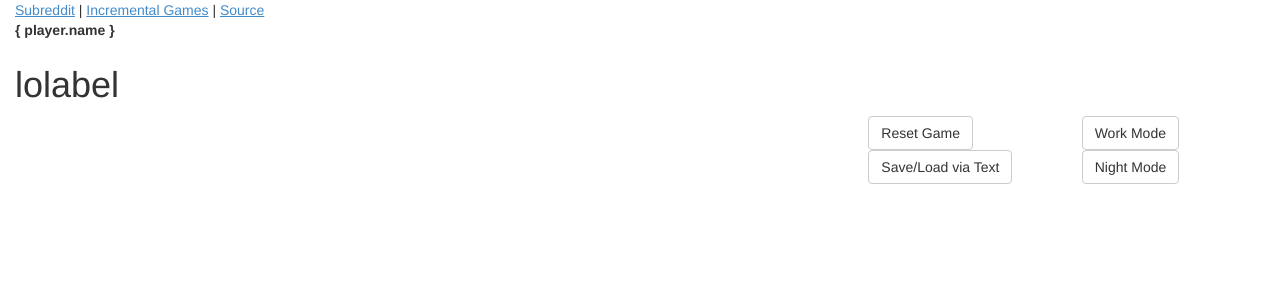
Repository: Polatrite/league-of-clickers
Page: test.html
The author's editor kept a record of every edit. The page is drawn from the files as they stood at one moment, then again after the next edit.
The browser window is 1280 px wide. The pictures show the whole page.

Above is the page before.
Console error: SyntaxError: Unexpected identifier 'draftChampions'
Not found: styles.css

### test.html
<html>
<head>
	<meta name="viewport" content="width=device-width, initial-scale=1">
	<title>League of Clickers</title>
	<link rel="shortcut icon" type="image/x-icon" href="favicon.ico"/>


	<script src="quick-function.js" text="type/javascript"></script>
	<script src="lib/underscore.min.js" text="type/javascript"></script>
	<script src="lib/jquery.js" text="type/javascript"></script>
	<script src="lib/jquery.cookie.js" text="type/javascript"></script>
	<script src="lib/rivets.js" text="type/javascript"></script>
	<script src="lib/bootstrap/js/bootstrap.js" text="type/javascript"></script>
	<script src="lib/fastclick.js" text="type/javascript"></script>

	<script src="src/game.js" text="type/javascript"></script>

	<link  href="lib/bootstrap/css/bootstrap.css" rel="stylesheet">
	<link  href="lib/bootstrap/css/bootstrap.override.css" rel="stylesheet">
	<link  href="styles.css" rel="stylesheet">

	<script text="type/javascript">

window.addEventListener('load', function() {
    FastClick.attach(document.body);
}, false);

	</script>

</head>
<body class="bindto-player container-fluid" ng-app>
<div ng-controller="gameController">

<!-- Modal -->
<div class="modal fade" id="saveLoadModal" tabindex="-1" role="dialog" aria-labelledby="saveLoadModalLabel" aria-hidden="true">
	<div class="modal-dialog">
		<div class="modal-content">
			<div class="modal-header">
				<button type="button" class="close" data-dismiss="modal"><span aria-hidden="true">&times;</span><span class="sr-only">Close</span></button>
				<h4 class="modal-title" id="saveLoadModalLabel">Save/Load via Text</h4>
			</div>
			<div class="modal-body">
				<label>To save, simply copy the following text and save it as a text file on your computer.</label>
				<textarea id="saveTextData" style="width: 100%; height: 10em; font-size: 1em;"></textarea>
				<button id="selectSaveTextData" type="button" class="btn btn-default">Select All Text</button>
				<hr>
				<label>To load, paste your text file into this block, then click "Load Text Data".</label>
				<textarea id="loadTextData" style="width: 100%; height: 10em; font-size: 1em;"></textarea>
				<div id="loadTextDataFailedAlert" class="alert alert-danger hidden">We had trouble loading your text data. Please make sure your data is valid and try again!</div>
			</div>
			<div class="modal-footer">
				<button type="button" class="btn btn-default" data-dismiss="modal">Close</button>
				<button id="loadTextSaveData" type="button" class="btn btn-primary">Load Text Data</button>
			</div>
		</div>
	</div>
</div>
<div class="row row-margin">
	<div class="col-md-3">
		<a href="http://www.reddit.com/r/polatrite" style="text-decoration: underline;">Subreddit</a> | <a href="http://www.reddit.com/r/incremental_games" style="text-decoration: underline;">Incremental Games</a> | <a href="http://www.github.com/Polatrite/progress-bars" style="text-decoration: underline;">Source</a>
		<br>
		<label id="lblVersion" rv-html"player.name">{ player.name }</label>
		<div id="herpderp">
			<h1 rv-text="player.name">lolabel</h1>
		</div>
	</div>
</div>
<div class="row row-margin">
	<div ng-repeat="champion in champions" class="col-sm-4"></div>
</div>
<div class="row row-margin">
	<div class="col-md-8"></div>
	<div class="col-md-2">
		<button type="button" id="resetGame" class="btn btn-default color-coral pull-left">Reset Game</button>
		<button type="button" id="saveGame" class="btn btn-default color-food pull-left hidden">Save Game</button>
		<button type="button" id="loadGame" class="btn btn-default color-mountain pull-left hidden">Load Game</button>
		<button type="button" id="saveGameTextExport" class="btn btn-default color-food pull-left" data-toggle="modal" data-target="#saveLoadModal">Save/Load via Text</button>
	</div>
	<div class="col-md-2">
		<button type="button" id="workMode" class="btn btn-default color-stone pull-left">Work Mode</button>
		<button type="button" id="nightMode" class="btn btn-default color-stone pull-left">Night Mode</button>
		<button type="button" id="superDevMode" class="btn btn-default color-stone pull-left hidden">Top Secret Dev Mode</button>
	</div>
</div>



</div>
<script>
  (function(i,s,o,g,r,a,m){i['GoogleAnalyticsObject']=r;i[r]=i[r]||function(){
  (i[r].q=i[r].q||[]).push(arguments)},i[r].l=1*new Date();a=s.createElement(o),
  m=s.getElementsByTagName(o)[0];a.async=1;a.src=g;m.parentNode.insertBefore(a,m)
  })(window,document,'script','//www.google-analytics.com/analytics.js','ga');

  ga('create', 'UA-56485884-1', 'auto');
  ga('send', 'pageview');

</script>
</body>
</html>

### quick-function.js
var f = function(func) {
  var args = Array.prototype.slice.call(arguments, 1);

  return function() {
    return func.apply(undefined,args);
  };
};

### src/game.js

var player = {
    champions: {}
    draftChampions: {}
}


var auction = {
    currentBid: 15,
    timeLeft: 38,
    product: {
        name: "Toaster"
    }
};

function initialize() {
    rivets.bind($('#auction'), {auction: auction});
}

var player = {
    workers: 3859,
    workersUsed: 2811,
    money: 343417831.38
}

### lib/bootstrap/css/bootstrap.override.css
.progress {
    margin-bottom: 6px;
}

.progress-bar {
  -webkit-transition: width .1s ease;
       -o-transition: width .1s ease;
          transition: width .1s ease;
}

.btn-md {
    padding: 4px 12px;
}

h4,
.h4,
h5,
.h5,
h6,
.h6 {
  margin-top: 8px;
  margin-bottom: 8px;
}

.well-sm {
    padding: 6px;
}

.well-xs {
  padding: 4px;
  border-radius: 2px;
}

Loaded but not shown: lib/underscore.min.js (library); lib/jquery.js (library); lib/jquery.cookie.js (library); lib/rivets.js (library); lib/bootstrap/js/bootstrap.js (library); lib/fastclick.js (library); lib/bootstrap/css/bootstrap.css (library)

After the next edit:
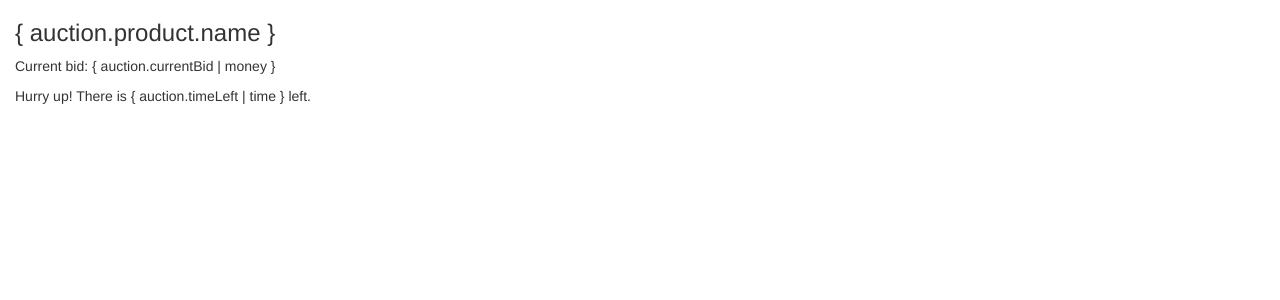
The edit:
--- a/test.html
+++ b/test.html
@@ -29,72 +29,13 @@
 
 </head>
 <body class="bindto-player container-fluid" ng-app>
-<div ng-controller="gameController">
+<section id="auction">
+  <h3>{ auction.product.name }</h3>
+  <p>Current bid: { auction.currentBid | money }</p>
 
-<!-- Modal -->
-<div class="modal fade" id="saveLoadModal" tabindex="-1" role="dialog" aria-labelledby="saveLoadModalLabel" aria-hidden="true">
-	<div class="modal-dialog">
-		<div class="modal-content">
-			<div class="modal-header">
-				<button type="button" class="close" data-dismiss="modal"><span aria-hidden="true">&times;</span><span class="sr-only">Close</span></button>
-				<h4 class="modal-title" id="saveLoadModalLabel">Save/Load via Text</h4>
-			</div>
-			<div class="modal-body">
-				<label>To save, simply copy the following text and save it as a text file on your computer.</label>
-				<textarea id="saveTextData" style="width: 100%; height: 10em; font-size: 1em;"></textarea>
-				<button id="selectSaveTextData" type="button" class="btn btn-default">Select All Text</button>
-				<hr>
-				<label>To load, paste your text file into this block, then click "Load Text Data".</label>
-				<textarea id="loadTextData" style="width: 100%; height: 10em; font-size: 1em;"></textarea>
-				<div id="loadTextDataFailedAlert" class="alert alert-danger hidden">We had trouble loading your text data. Please make sure your data is valid and try again!</div>
-			</div>
-			<div class="modal-footer">
-				<button type="button" class="btn btn-default" data-dismiss="modal">Close</button>
-				<button id="loadTextSaveData" type="button" class="btn btn-primary">Load Text Data</button>
-			</div>
-		</div>
-	</div>
-</div>
-<div class="row row-margin">
-	<div class="col-md-3">
-		<a href="http://www.reddit.com/r/polatrite" style="text-decoration: underline;">Subreddit</a> | <a href="http://www.reddit.com/r/incremental_games" style="text-decoration: underline;">Incremental Games</a> | <a href="http://www.github.com/Polatrite/progress-bars" style="text-decoration: underline;">Source</a>
-		<br>
-		<label id="lblVersion" rv-html"player.name">{ player.name }</label>
-		<div id="herpderp">
-			<h1 rv-text="player.name">lolabel</h1>
-		</div>
-	</div>
-</div>
-<div class="row row-margin">
-	<div ng-repeat="champion in champions" class="col-sm-4"></div>
-</div>
-<div class="row row-margin">
-	<div class="col-md-8"></div>
-	<div class="col-md-2">
-		<button type="button" id="resetGame" class="btn btn-default color-coral pull-left">Reset Game</button>
-		<button type="button" id="saveGame" class="btn btn-default color-food pull-left hidden">Save Game</button>
-		<button type="button" id="loadGame" class="btn btn-default color-mountain pull-left hidden">Load Game</button>
-		<button type="button" id="saveGameTextExport" class="btn btn-default color-food pull-left" data-toggle="modal" data-target="#saveLoadModal">Save/Load via Text</button>
-	</div>
-	<div class="col-md-2">
-		<button type="button" id="workMode" class="btn btn-default color-stone pull-left">Work Mode</button>
-		<button type="button" id="nightMode" class="btn btn-default color-stone pull-left">Night Mode</button>
-		<button type="button" id="superDevMode" class="btn btn-default color-stone pull-left hidden">Top Secret Dev Mode</button>
-	</div>
-</div>
-
-
-
-</div>
-<script>
-  (function(i,s,o,g,r,a,m){i['GoogleAnalyticsObject']=r;i[r]=i[r]||function(){
-  (i[r].q=i[r].q||[]).push(arguments)},i[r].l=1*new Date();a=s.createElement(o),
-  m=s.getElementsByTagName(o)[0];a.async=1;a.src=g;m.parentNode.insertBefore(a,m)
-  })(window,document,'script','//www.google-analytics.com/analytics.js','ga');
-
-  ga('create', 'UA-56485884-1', 'auto');
-  ga('send', 'pageview');
-
-</script>
+  <aside rv-if="auction.timeLeft | lt 120">
+    Hurry up! There is { auction.timeLeft | time } left.
+  </aside>
+</section>
 </body>
 </html>
